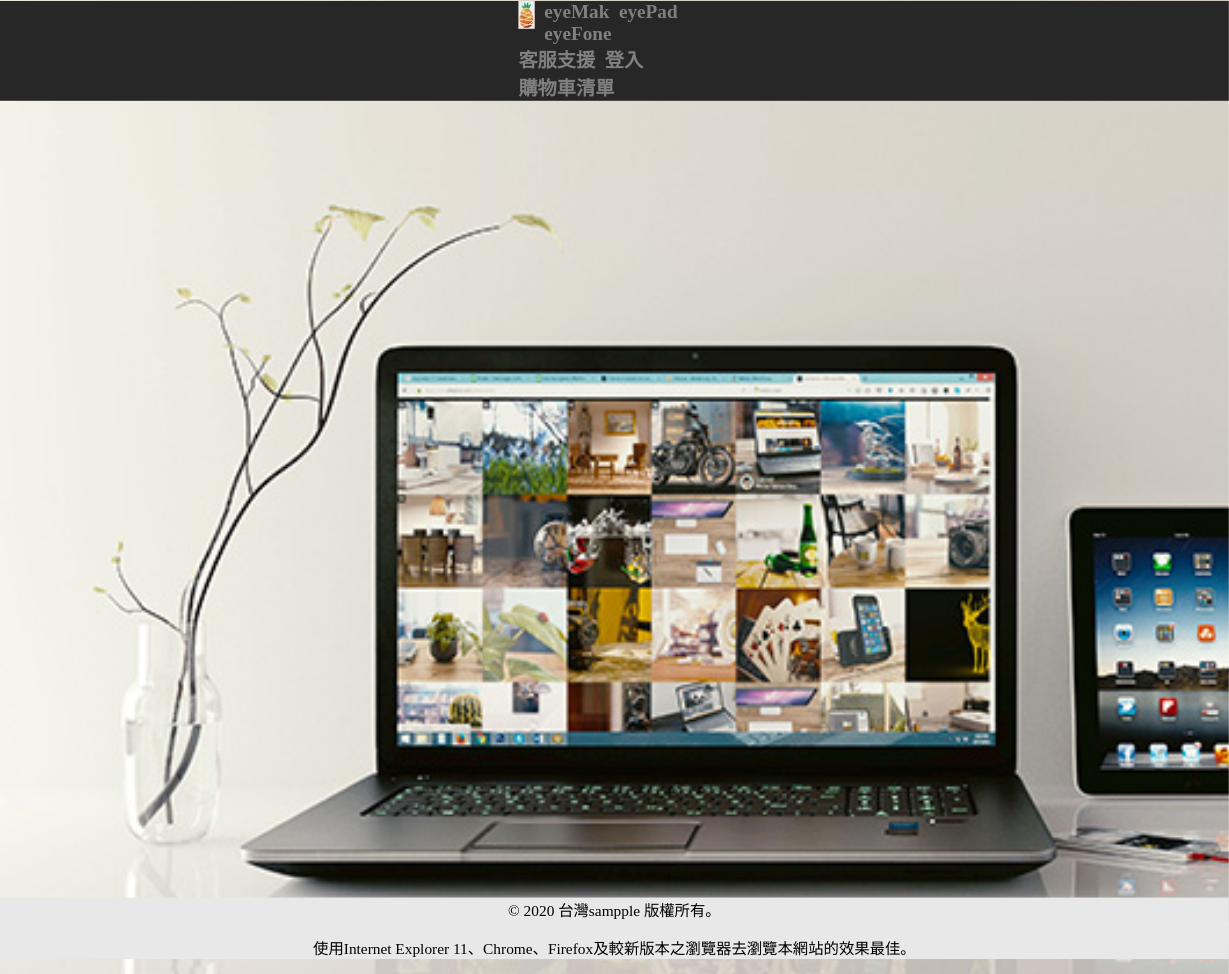
Repository: Vincent4142/NewFinalProject
Page: http://localhost/FinalProject/
The author's editor kept a copy of each file at every save. The page is drawn from the files as they stood at one save, then again after the next save.
The browser window is 1280 px wide. The pictures show the whole page, at 96% of full size.
The page is served by Tomcat 9. Other server files are loaded and not shown.

Above is the page before, as saved 2020-04-09 06:33:36.

### FinalProject/WebContent/index.jsp
<%@ page language="java" contentType="text/html; charset=UTF-8"
	pageEncoding="UTF-8"%>

<!DOCTYPE html>
<html>
<head>
<meta charset="UTF-8">
<title>index</title>
<style type="text/css">
body {
	background-image: url(img/indexbackground.jpg);
	background-repeat: no-repeat;
	background-size: cover;
	margin: 0px;
	padding: 0px;
}
#content{
	height: 700px;
}

</style>
</head>
<body>

	<%@ include file="fragment/indexTOP.jsp"%>


	<div id="content">

	</div>




	<%@ include file="fragment/indexBOTTOM.jsp"%>
</body>
</html>

### FinalProject/WebContent/fragment/indexTOP.jsp
<%@ page language="java" contentType="text/html; charset=UTF-8"
	pageEncoding="UTF-8"%>
<!DOCTYPE html>
<html>
<head>
<meta charset="UTF-8">
<title>indexTOP</title>

<style type="text/css">
.nav {
	padding-left:500px;
	padding-right:500px;
	margin-top: -19px;
	margin-bottom:0px;
	background-color: #272727;
}
/* 主UL */
.navul {

	list-style-type: none;
	font-weight: bolder;
	font-size: 20px;
	overflow: auto;
}

.navul li {
	border-radius: 5px;
	margin-left: 0px;
	margin-right: 10px;
	float: left;
	display: block;
	position: static;
}

.navul li a {
	text-decoration: none;
	color: gray;
}

.navul li a:hover {
	color: white;
}

#navright {
	float: right;
}
</style>

</head>
<body>

	<nav class="nav" style="text-align: center;">

		<ul class="navul">
			<li><a href="index.jsp"><img alt="logo" src="img/pineapple.jpg"></a></li>
			<li><a href="eyeMakPage.jsp">eyeMak</a></li>
			<li><a href="eyePadPage.jsp">eyePad</a></li>
			<li><a href="eyeFonePage.jsp">eyeFone</a></li>

			<div id="navright">
				<li><a href="customerServicePage.jsp">客服支援</a></li>
				<li><a href="LoginPage.jsp">登入</a></li>
				<li><a href="shoppingcartPage.jsp">購物車清單</a></li>
			</div>
		</ul>

	</nav>

</body>
</html>

### FinalProject/WebContent/fragment/indexBOTTOM.jsp
<%@ page language="java" contentType="text/html; charset=UTF-8"
    pageEncoding="UTF-8"%>
<!DOCTYPE html>
<html>
<head>
<meta charset="UTF-8">
<title>indexBOTTOM</title>

<style type="text/css">

	#bottom{
		background-color:#E8E8E8;
		text-align: center;
		margin-top: 110px;
		margin-bottom: 0px;
	}

</style>

</head>
<body>
	<div id="bottom">
		<p>© 2020 台灣sampple 版權所有。</p>

		<p>使用Internet Explorer 11、Chrome、Firefox及較新版本之瀏覽器去瀏覽本網站的效果最佳。</p>
	</div>
</body>
</html>

After the next save:
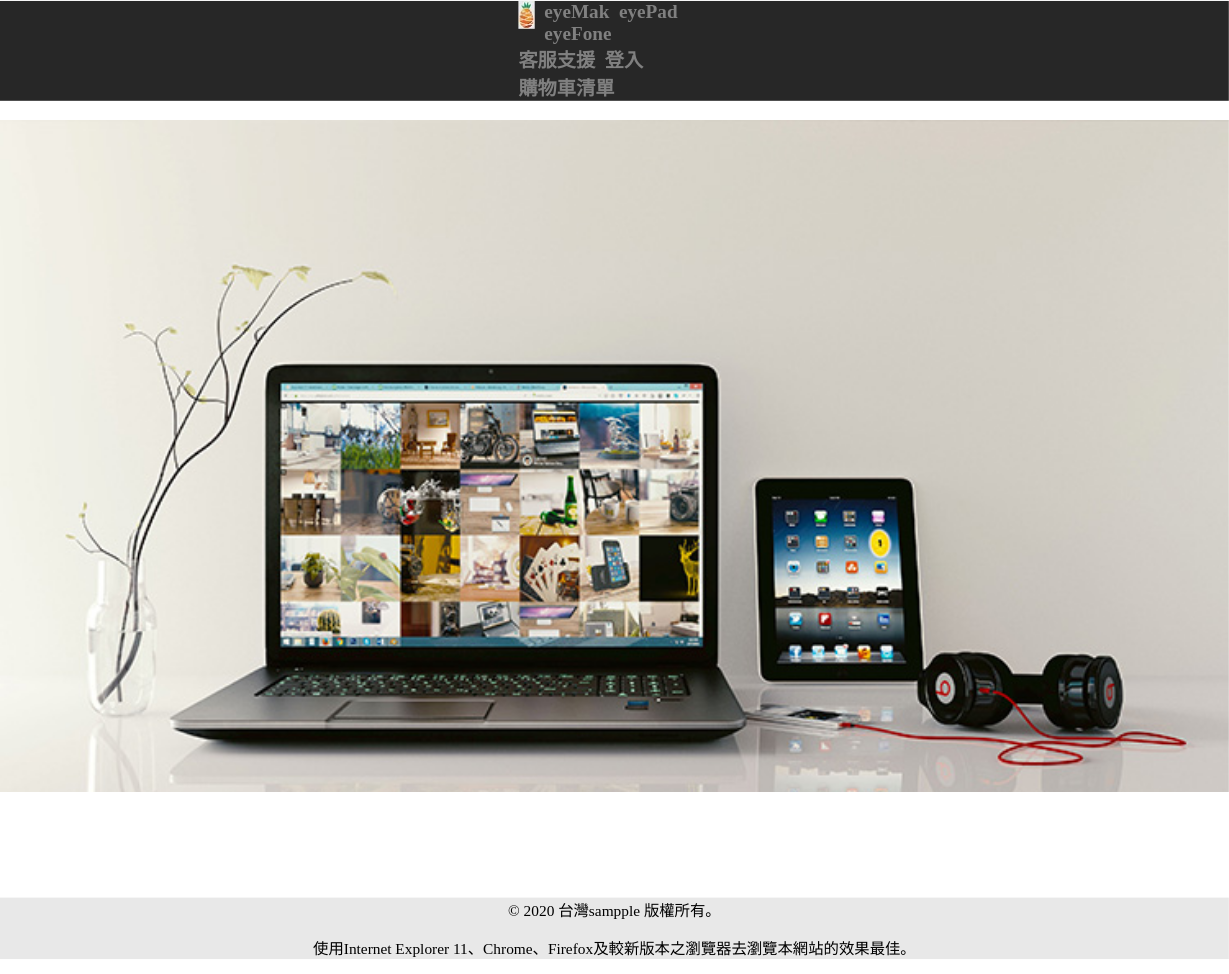
Saved 23 s later.
--- a/FinalProject/WebContent/index.jsp
+++ b/FinalProject/WebContent/index.jsp
@@ -8,16 +8,16 @@
 <title>index</title>
 <style type="text/css">
 body {
+	margin: 0px;
+	padding: 0px;
+}
+
+#content {
 	background-image: url(img/indexbackground.jpg);
 	background-repeat: no-repeat;
 	background-size: cover;
-	margin: 0px;
-	padding: 0px;
-}
-#content{
 	height: 700px;
 }
-
 </style>
 </head>
 <body>
@@ -25,9 +25,7 @@
 	<%@ include file="fragment/indexTOP.jsp"%>
 
 
-	<div id="content">
-
-	</div>
+	<div id="content"></div>
 
 
 
